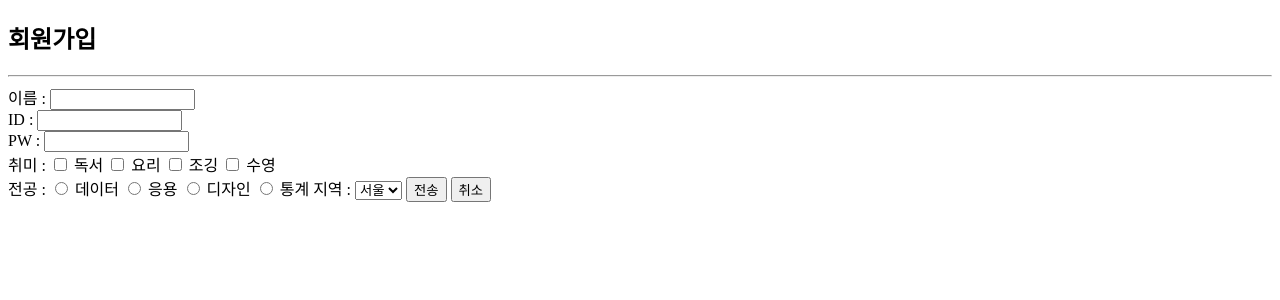
Repository: xxihyun0830/JSP
Page: http://localhost/Day3_getpost/join.jsp
An editor plug-in stored every save of this project. The page is shown before and after the next save, followed by the edit.
The browser window is 1280 px wide. The pictures show the whole page.
The page is served by Tomcat 9. Other server files are loaded and not shown.

Above is the page before, as saved 2019-07-11 05:07:46.

### Day3_getpost/WebContent/join.jsp
<%@ page language="java" contentType="text/html; charset=utf-8"
    pageEncoding="utf-8"%>
<!DOCTYPE html>
<html>
<head>
<meta charset="utf-8">
<title>가입창_내가 하는 실습</title>
</head>
<body>
<h2>회원가입</h2> <hr>

<form action = "JoinOk" method = "get">
이름 : <input type = "text" name = "name" size= 15 > <br>
ID : <input type = "text" name = "id" size= 15> <br>
PW : <input type = "password" name = "pw" size = 15> <br>
취미 : <input type = "checkbox" name = "hobby" value = "reading"> 독서
      <input type = "checkbox" name = "hobby" value = "cooking"> 요리
      <input type = "checkbox" name = "hobby" value = "jogging"> 조깅
      <input type = "checkbox" name = "hobby" value = "swimming"> 수영 <br>
전공 : <input type = "radio" name = "major" value = "DataTech"> 데이터
      <input type = "radio" name = "major" value = "응용"> 응용
      <input type = "radio" name = "major" value = "design"> 디자인
      <input type = "radio" name = "major" value="statics"> 통계
지역 : <select name = "region">
      <option value = "Seoul"> 서울
      <option value = "Deagu"> 대구
      <option value = "Gwangju"> 광주
      <option value = "Busan"> 부산
</select>

<input type = "submit" value = "전송">
<input type = "submit" value = "취소">
</form>



</body>
</html>

After the next save:
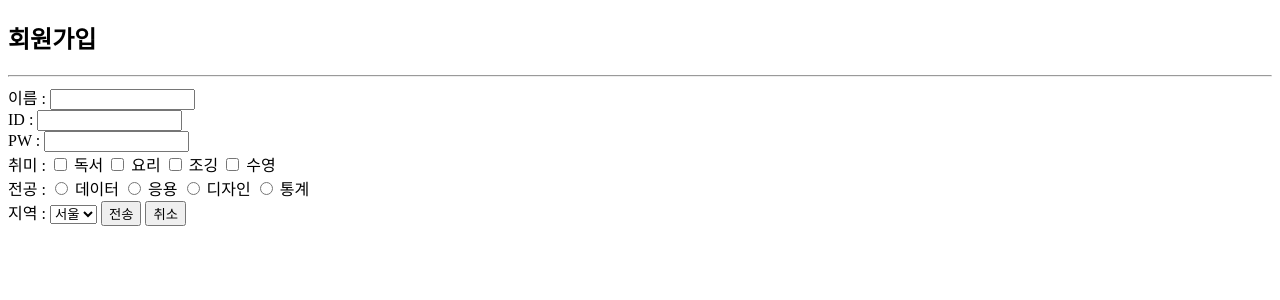
Saved 6 s later.
--- a/Day3_getpost/WebContent/join.jsp
+++ b/Day3_getpost/WebContent/join.jsp
@@ -20,7 +20,7 @@ PW : <input type = "password" name = "pw" size = 15> <br>
 전공 : <input type = "radio" name = "major" value = "DataTech"> 데이터
       <input type = "radio" name = "major" value = "응용"> 응용
       <input type = "radio" name = "major" value = "design"> 디자인
-      <input type = "radio" name = "major" value="statics"> 통계
+      <input type = "radio" name = "major" value="statics"> 통계 <br>
 지역 : <select name = "region">
       <option value = "Seoul"> 서울
       <option value = "Deagu"> 대구
